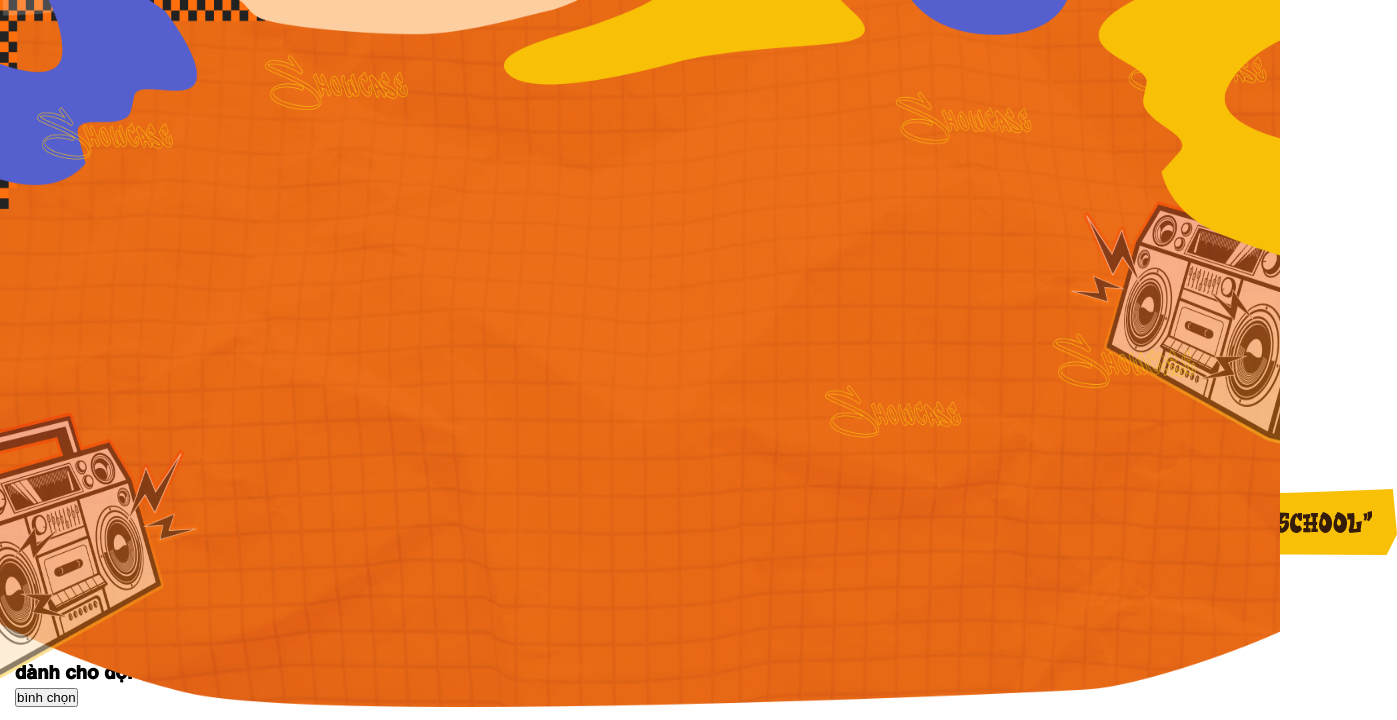
Repository: dinhtri123/hola_fpt
Page: index.html
These files come from the project's save history. The page is drawn as it stood at one moment and after the next save; the edit follows.
The browser window is 1280 px wide. The page is 1397 px wide, so the pictures cover 1397 px, including what lies to the right of the window. The pictures show the whole page.

Above is the page before, as saved 2025-01-03 15:01:52.

After the next save:
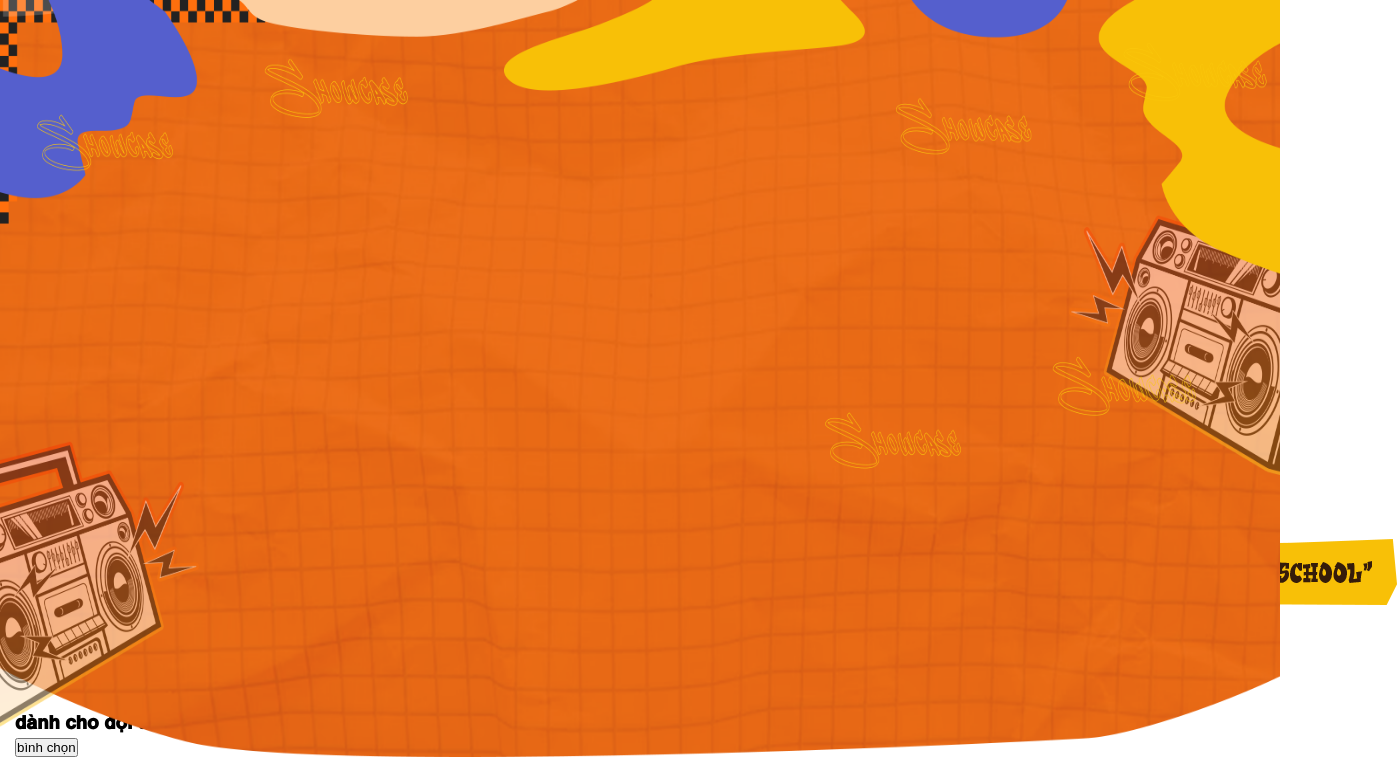
Saved 7 s later.
--- a/styles.css
+++ b/styles.css
@@ -40,5 +40,5 @@
   left: 0;
 }
 .intro-inner {
-  padding: ;
+  padding-top: 50px;
 }
